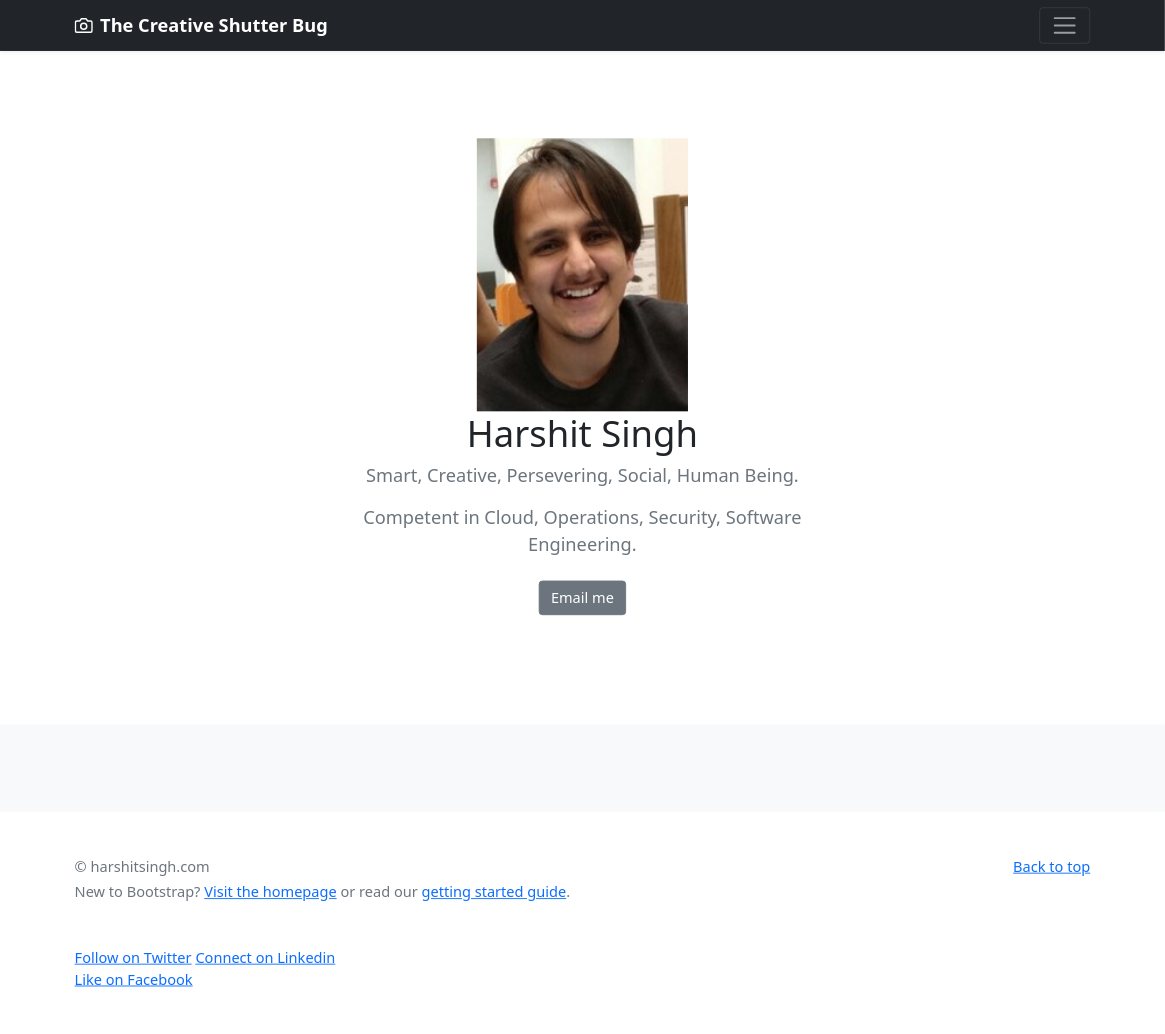
Repository: harshi93/pythonProjects
Page: http://localhost/jobs
An editor plug-in stored every save of this project. The page is shown before and after the next save, followed by the edit.
The browser window is 1280 px wide. The pictures show the whole page, at 91% of full size.
The page is served by the project's application, run on Django 3.2 (manage.py). Queries for data that is not in the repository find no rows.

Above is the page before, as saved 2021-07-30 01:47:50.

After the next save:
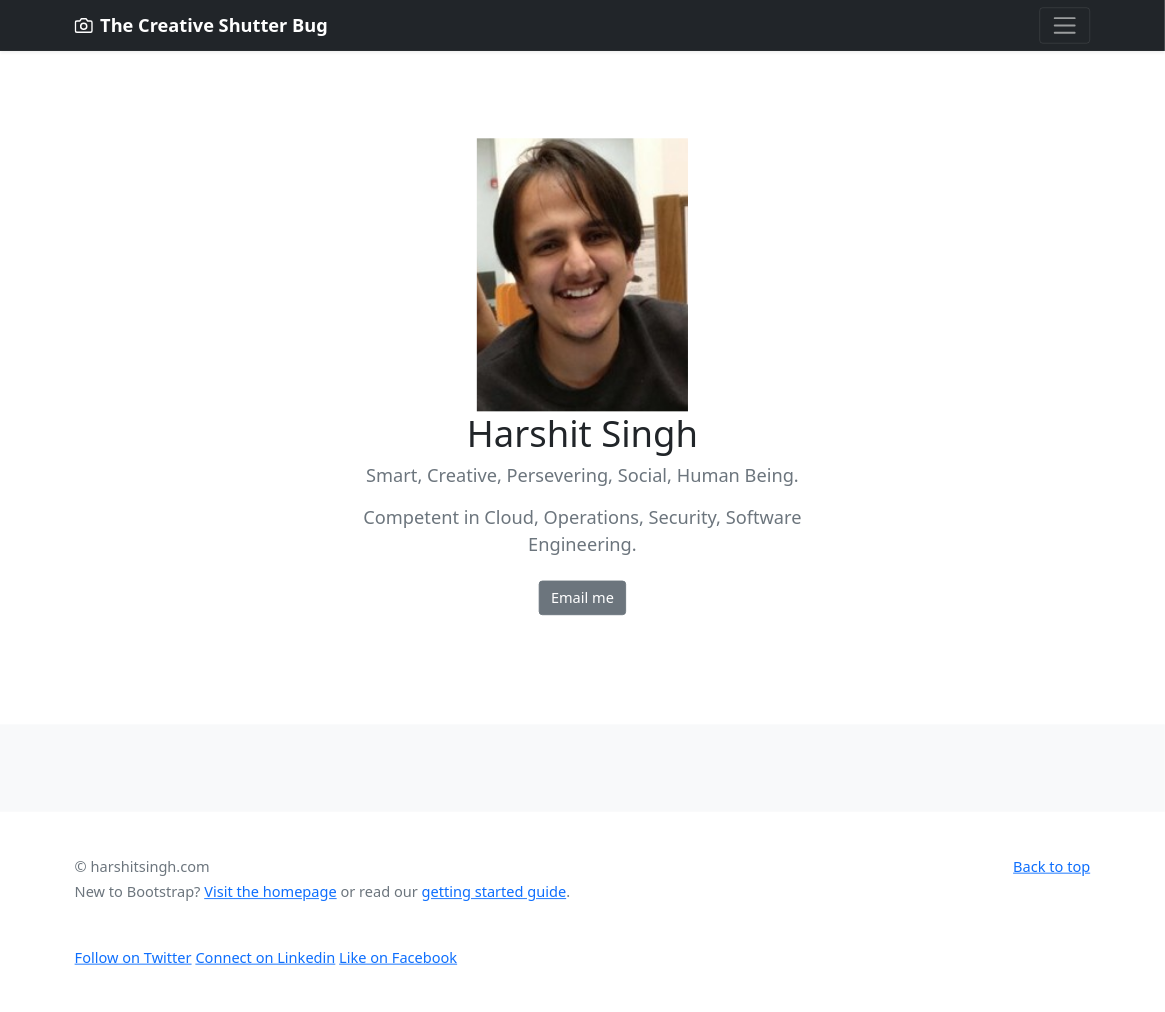
Saved 27 s later.
--- a/portfolio/jobs/templates/experience/exp.html
+++ b/portfolio/jobs/templates/experience/exp.html
@@ -115,7 +115,7 @@
     <p class="mb-1"> &copy; harshitsingh.com</p>
     <p class="mb-0">New to Bootstrap? <a href="/">Visit the homepage</a> or read our <a href="/docs/5.0/getting-started/introduction/">getting started guide</a>.</p><br/><br/>
     <a href="https://www.twitter.com/singhharshit119" class="text-black">Follow on Twitter</a>
-    <a href="https://www.linkedin.com/in/singh-harshit" class="text-black">Connect on Linkedin</a><br/>
+    <a href="https://www.linkedin.com/in/singh-harshit" class="text-black">Connect on Linkedin</a>
     <a href="#" class="text-black">Like on Facebook</a>&nbsp;
   </div>
 </footer>
